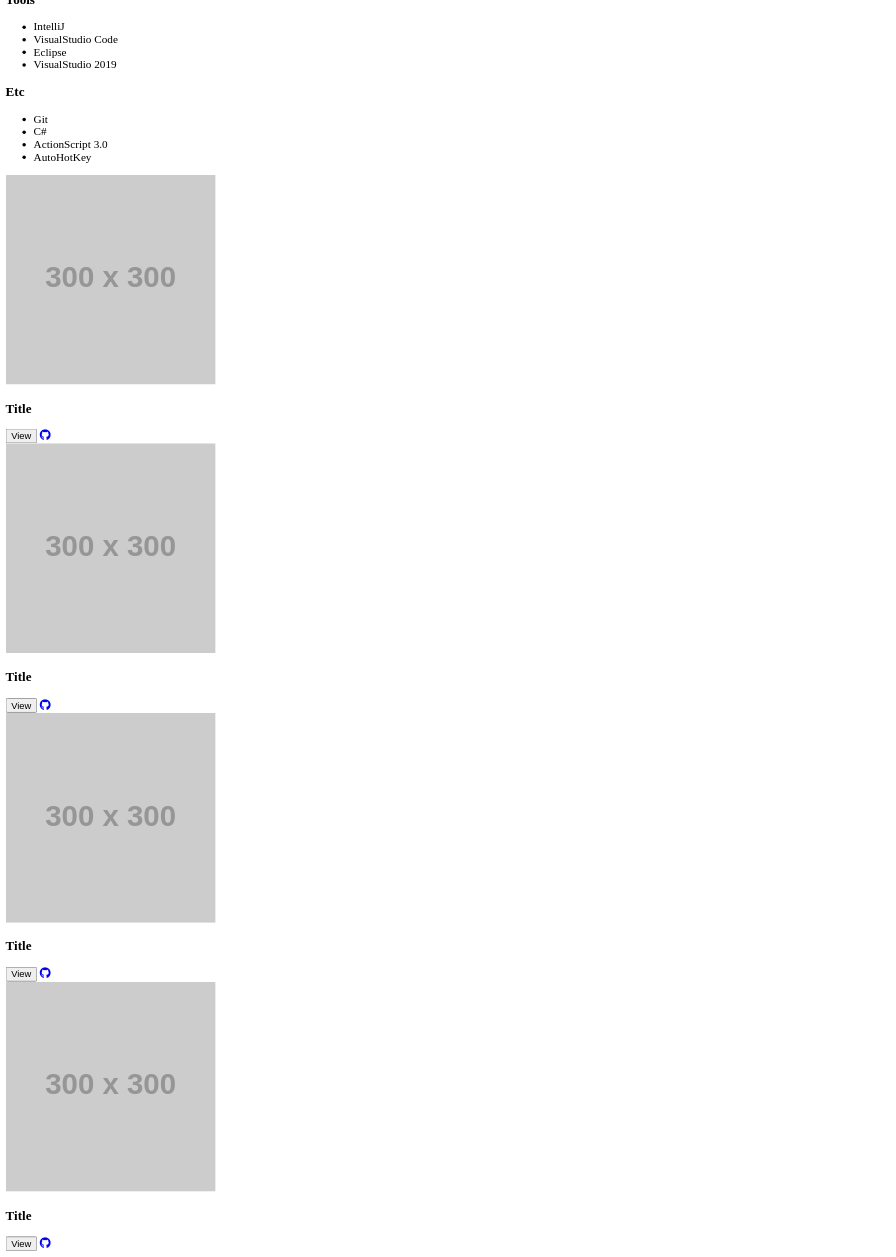
Repository: pjtae0328/Portfolio
Page: index.html
These files come from the project's save history. The page is drawn as it stood at one moment and after the next save; the edit follows.
The browser window is 1280 px wide. The pictures show the part of the page from y = 3085 to 5005 px (the page is 4881 px tall before and 5481 px after), at 70% of full size.
Some web libraries are served in a nearby version.

Above is the page before, as saved 2021-08-26 23:40:40.

After the next save:
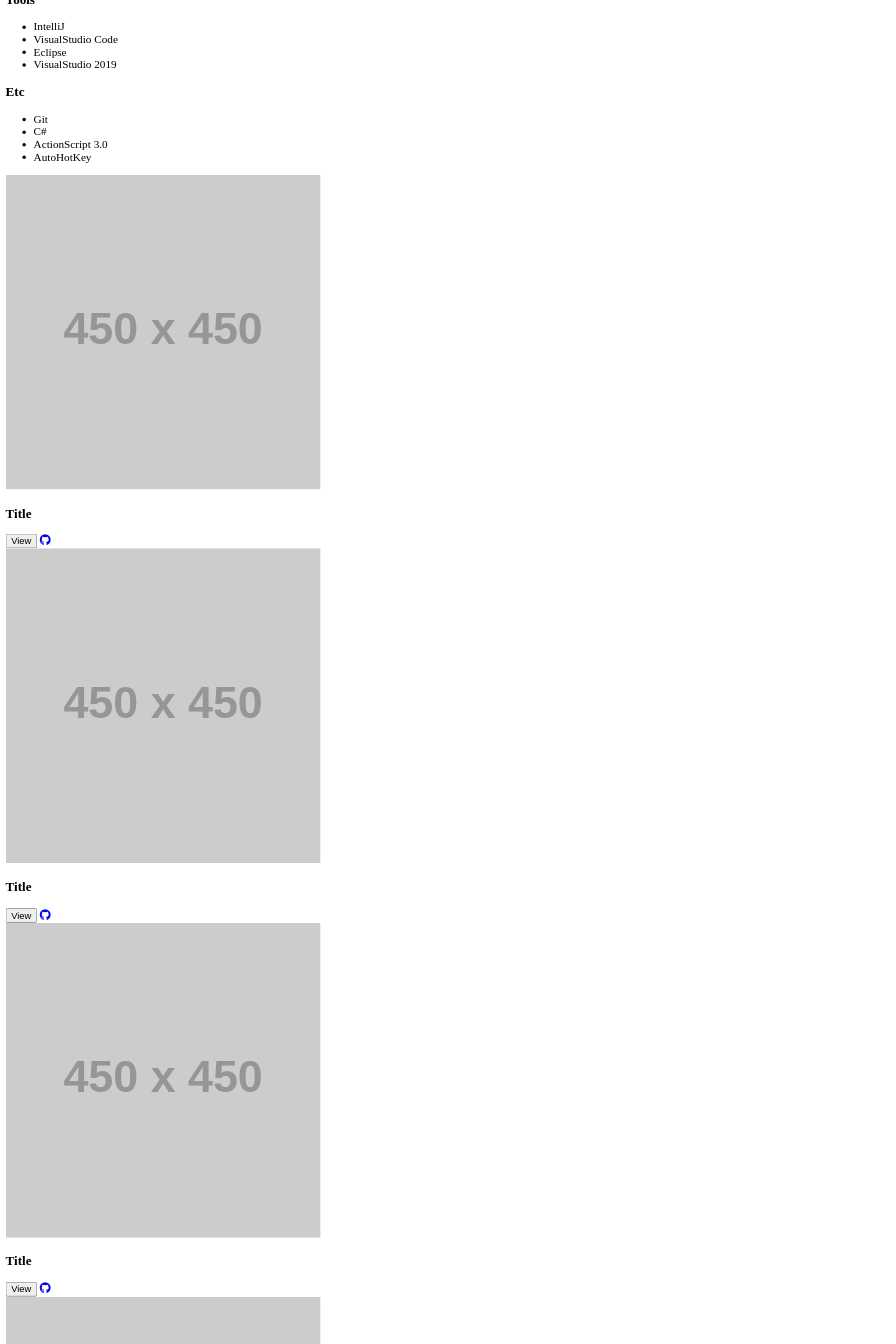
Saved 21 h 49 min later.
--- a/index.html
+++ b/index.html
@@ -186,28 +186,28 @@
     <!-- 사이즈 리사이즈 해서 통일하고 아이폰/ 맥 넣어서 마우스 오버시 맥/아이폰 넘어가게 애니메이션 주기  -->
     <!-- 개인 Spring Boot -->
     <div class="project">
-        <img class="project__img" src="https://via.placeholder.com/300" alt="projectIMG">
+        <img class="project__img" src="https://via.placeholder.com/450" alt="projectIMG">
         <h3 class="project__title">Title</h3>
         <button class="project__View">View</button>
         <a href="#" class="project__github" target="blank"><i class="fab fa-github"></i></a>
     </div>
     <!-- 학원 Spring -->
     <div class="project">
-        <img class="project__img" src="https://via.placeholder.com/300" alt="projectIMG">
+        <img class="project__img" src="https://via.placeholder.com/450" alt="projectIMG">
         <h3 class="project__title">Title</h3>
         <button class="project__View">View</button>
         <a href="#" class="project__github" target="blank"><i class="fab fa-github"></i></a>
     </div>
     <!-- 학원 JSP&Servlet -->
     <div class="project">
-        <img class="project__img" src="https://via.placeholder.com/300" alt="projectIMG">
+        <img class="project__img" src="https://via.placeholder.com/450" alt="projectIMG">
         <h3 class="project__title">Title</h3>
         <button class="project__View">View</button>
         <a href="#" class="project__github" target="blank"><i class="fab fa-github"></i></a>
     </div>
     <!-- 포트폴리오 페이지 -->
     <div class="project">
-        <img class="project__img" src="https://via.placeholder.com/300" alt="projectIMG">
+        <img class="project__img" src="https://via.placeholder.com/450" alt="projectIMG">
         <h3 class="project__title">Title</h3>
         <button class="project__View">View</button>
         <a href="#" class="project__github" target="blank"><i class="fab fa-github"></i></a>
